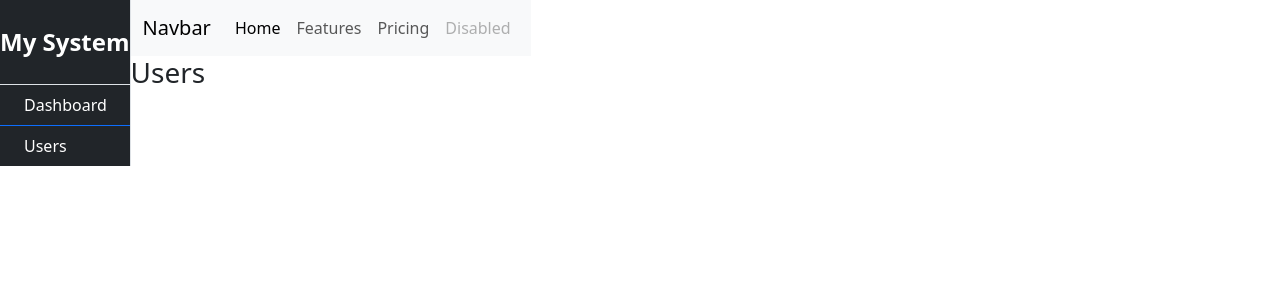
Repository: jaevoy2/lara_demo
Page: http://localhost/users
The author's editor kept a copy of each file at every save. The page is drawn from the files as they stood at one save, then again after the next save.
The browser window is 1280 px wide. The pictures show the whole page.
The page is served by the project's Laravel application, run on PHP 8.4 with Laravel 12.

Above is the page before, as saved 2026-07-17 11:08:01.

After the next save:
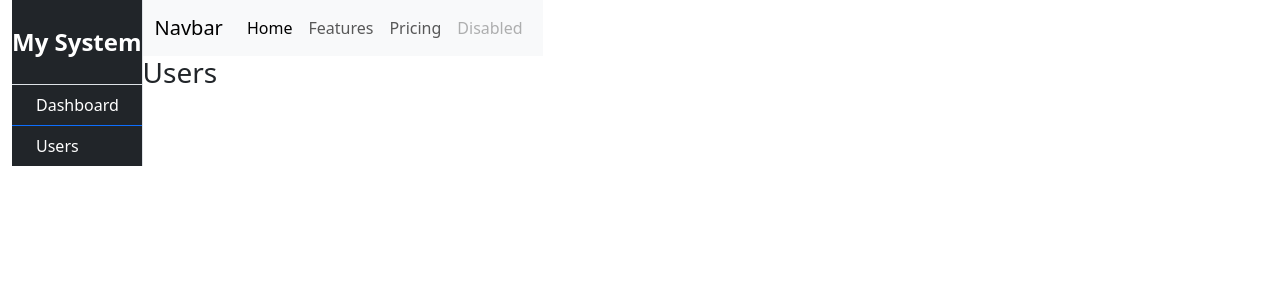
Saved 7 s later.
--- a/resources/views/layout/_head.blade.php
+++ b/resources/views/layout/_head.blade.php
@@ -8,7 +8,7 @@
 </head>
 <body>
 
-    <div class="d-flex">
+    <div class="d-flex container-fluid">
         @include('layout._sidebar')
 
         <div>

After the save that followed:
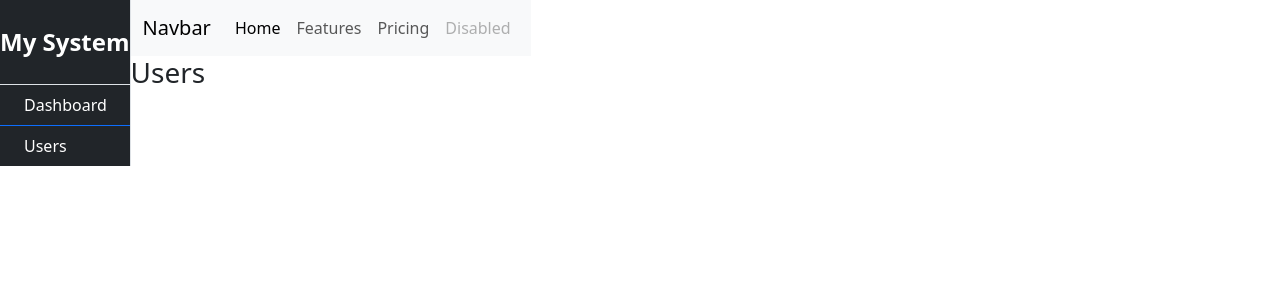
Saved 5 s later.
--- a/resources/views/layout/_head.blade.php
+++ b/resources/views/layout/_head.blade.php
@@ -8,7 +8,7 @@
 </head>
 <body>
 
-    <div class="d-flex container-fluid">
+    <div class="d-flex">
         @include('layout._sidebar')
 
         <div>
